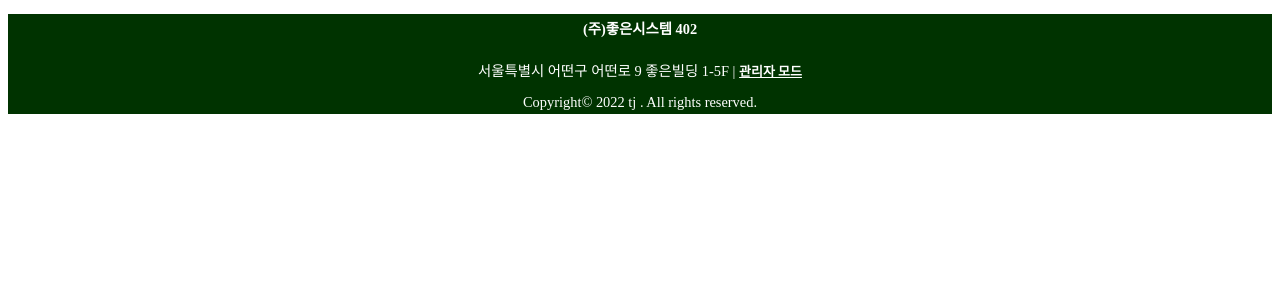
Repository: kdkk2000/Project
Page: http://localhost/petstyle/main/footer.jsp
These files come from the project's save history. The page is drawn as it stood at one moment and after the next save; the edit follows.
The browser window is 1280 px wide. The pictures show the whole page.
The page is served by Tomcat 9. Other server files are loaded and not shown.

Above is the page before, as saved 2023-03-27 05:57:30.

### petstyle/WebContent/main/footer.jsp
<%@ page language="java" contentType="text/html; charset=UTF-8"
    pageEncoding="UTF-8"%>
<%@taglib prefix="c" uri="http://java.sun.com/jsp/jstl/core"%>
<%@taglib prefix="fmt" uri="http://java.sun.com/jsp/jstl/fmt" %>
<c:set var="conPath" value="${pageContext.request.contextPath }"/>
<!DOCTYPE html>
<html>
<head>
<meta charset="UTF-8">
<title>Insert title here</title>
<style>
	body { background-color: white; }
	footer {height:100px;background-color: #003300;}
	footer #footer_conts, footer #footer_conts a {
		color:white;
		font-weight: blod;
		font-size:0.9em;
		text-align: center;
	}
	footer #footer_conts p:first-child {
		font-weight: bold; height: 30px; line-height: 30px;
	}
</style>
</head>
<body>
	<footer>
		<div id="footer_conts">
			<p>(주)좋은시스템 402</p>
			<p>서울특별시 어떤구 어떤로 9 좋은빌딩 1-5F | <b><a href="${conPath }/adminLoginView.do">관리자 모드</a></b></p>
			<p>Copyright© 2022 tj . All rights reserved.</p>
		</div>
	</footer>
</body>
</html>

After the next save:
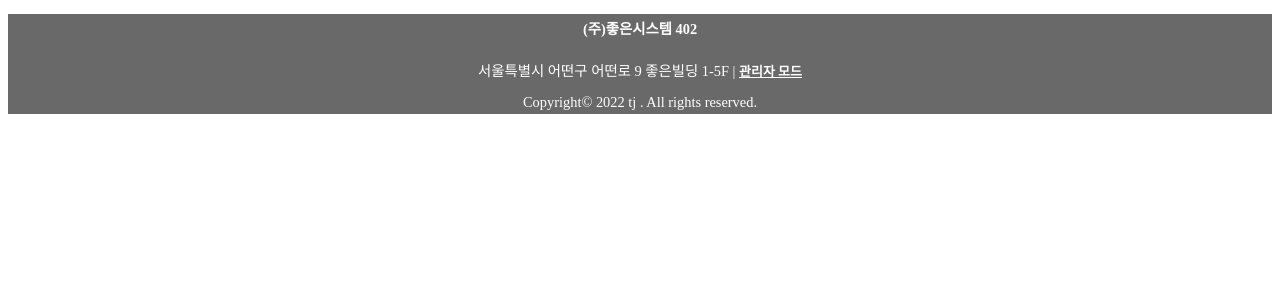
Saved 24 min 32 s later.
--- a/petstyle/WebContent/main/footer.jsp
+++ b/petstyle/WebContent/main/footer.jsp
@@ -10,7 +10,7 @@
 <title>Insert title here</title>
 <style>
 	body { background-color: white; }
-	footer {height:100px;background-color: #003300;}
+	footer {height:100px;background-color: dimgray;}
 	footer #footer_conts, footer #footer_conts a {
 		color:white;
 		font-weight: blod;
